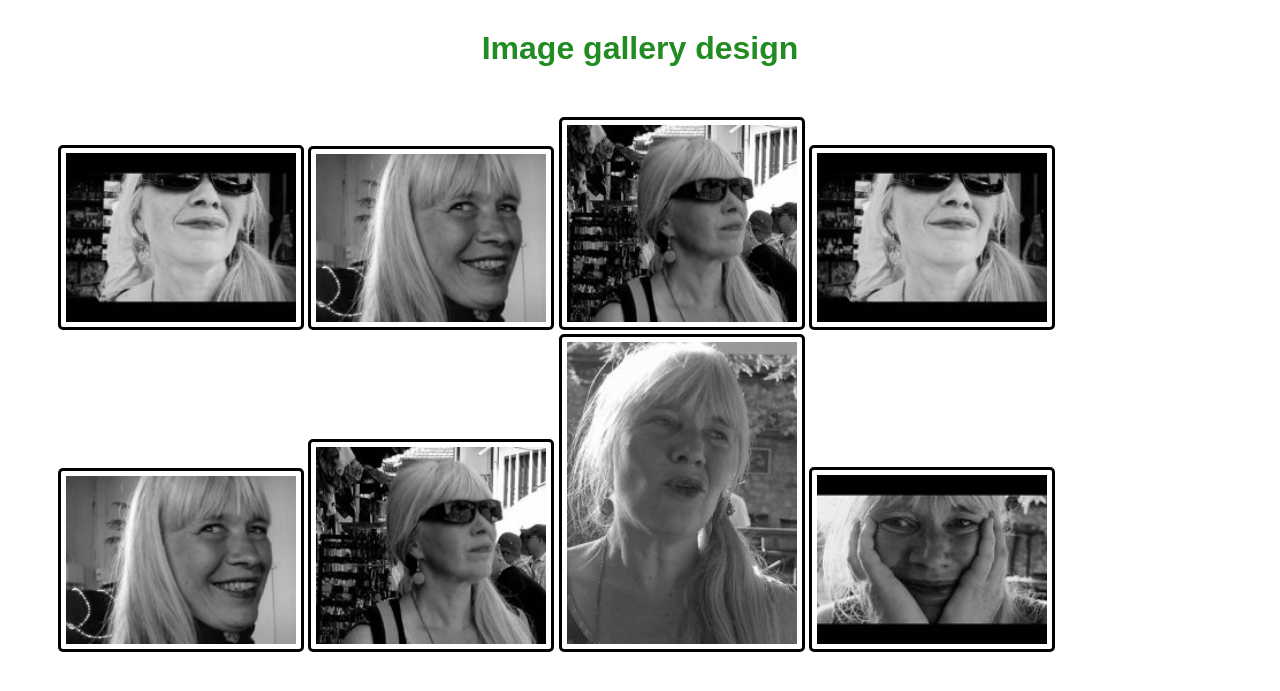
Repository: hindrik40/bildspel-lightbox
Page: index.html
The author's editor kept a copy of each file at every save. The page is drawn from the files as they stood at one save, then again after a run of saves.
The browser window is 1280 px wide. The pictures show the whole page.

Above is the page before, as saved 2021-08-08 16:58:07.

After the next 3 saves:
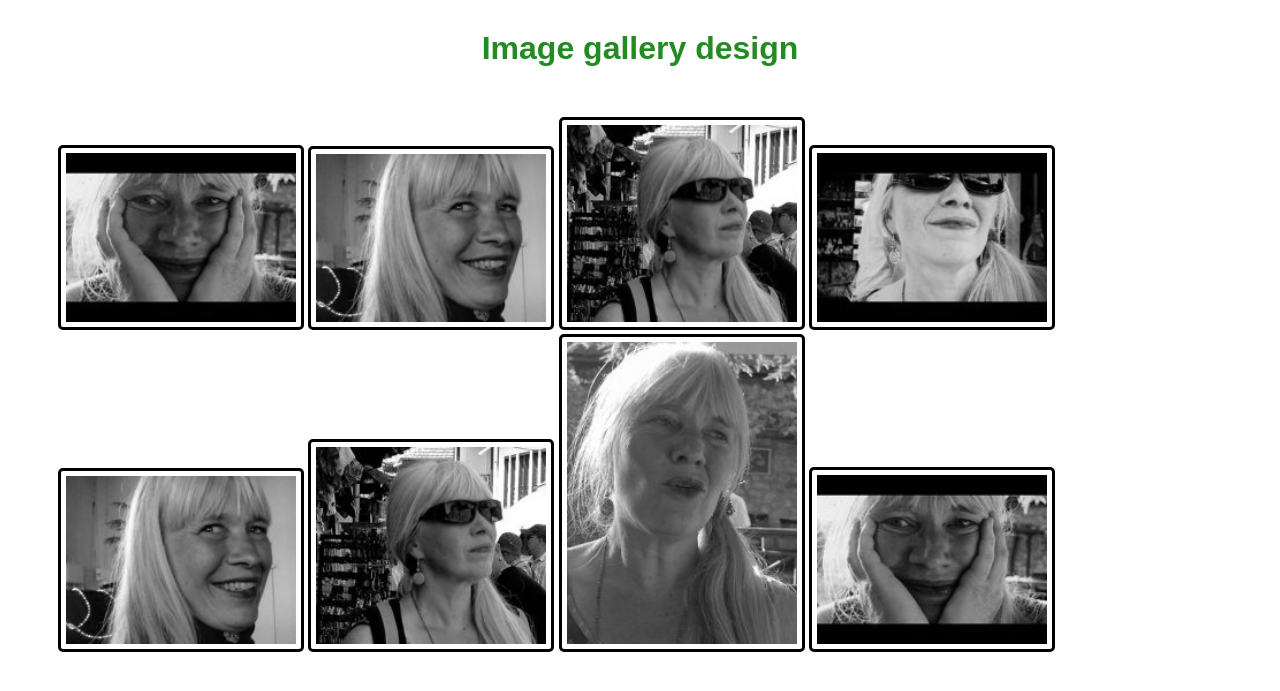
The 3 saves are shown as one change because they came seconds apart.
The last was saved 19 s later.
--- a/index.html
+++ b/index.html
@@ -10,7 +10,7 @@
 <body>
     <h1>Image gallery design</h1>
     <div class="gallery">
-        <a href="images/b7.jpg"></a><img src="images/b7t.jpg">
+        <a href="images/b8.jpg"></a><img src="images/b8t.jpg">
         <a href="images/b5.jpg"></a><img src="images/b5t.jpg">
         <a href="images/b6.jpg"></a><img src="images/b6t.jpg">
         <a href="images/b7.jpg"></a><img src="images/b7t.jpg">
